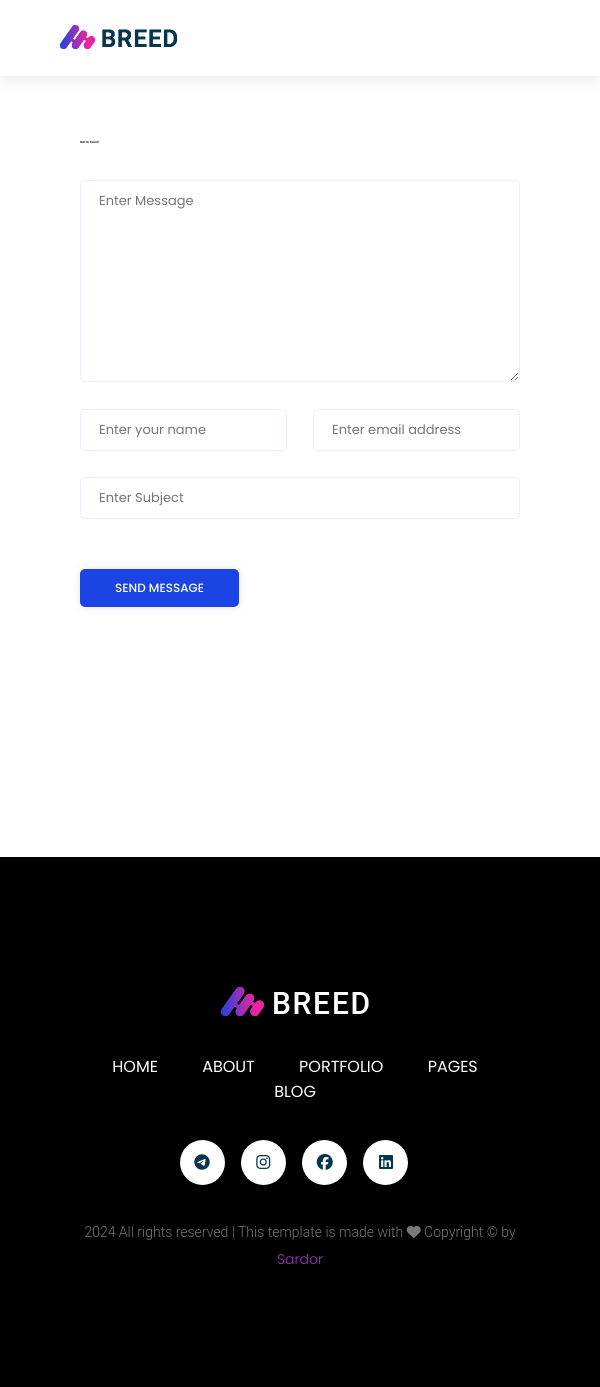
Repository: whoami2991/Sardorbek-Portfolio---Home
Page: contact.html
These files come from the project's save history. The page is drawn as it stood at one moment and after the next save; the edit follows.
The browser window is 600 px wide. The pictures show the whole page.

Above is the page before, as saved 2024-08-03 21:22:29.

After the next save:
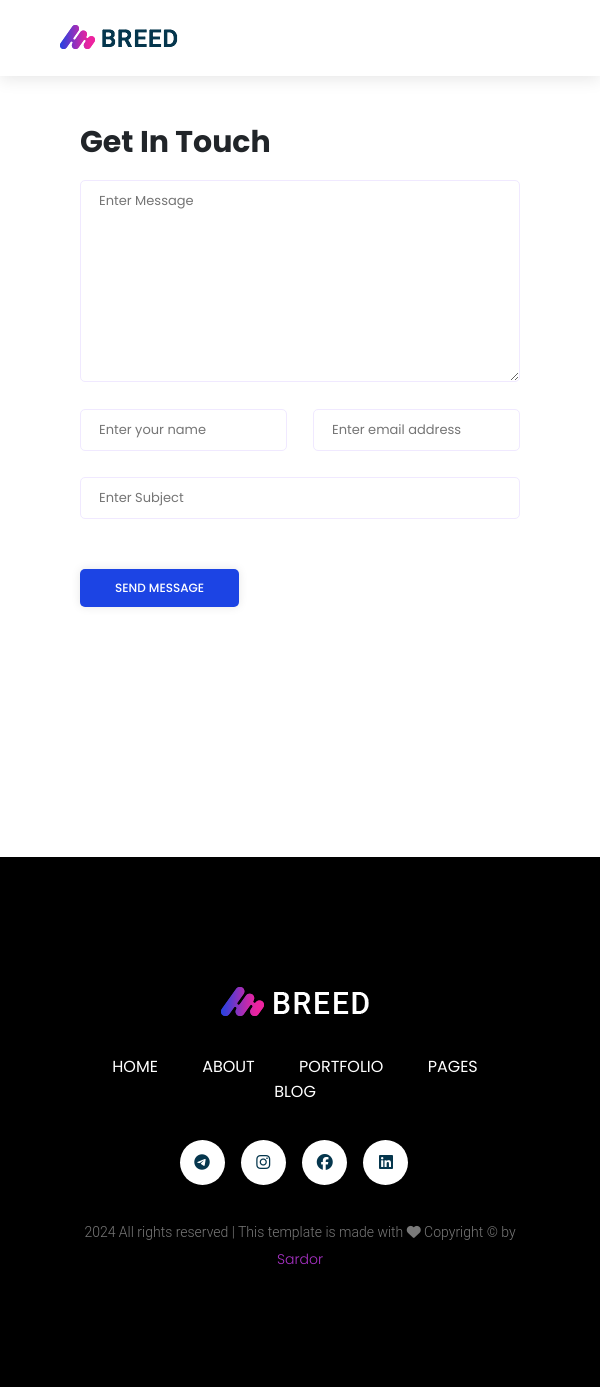
Saved 6 s later.
--- a/shared.css
+++ b/shared.css
@@ -186,6 +186,6 @@ body{
         font-size: 12px;
     }
     .section-title{
-        font-size: 3px;
+        font-size: 30px;
     }
 }
